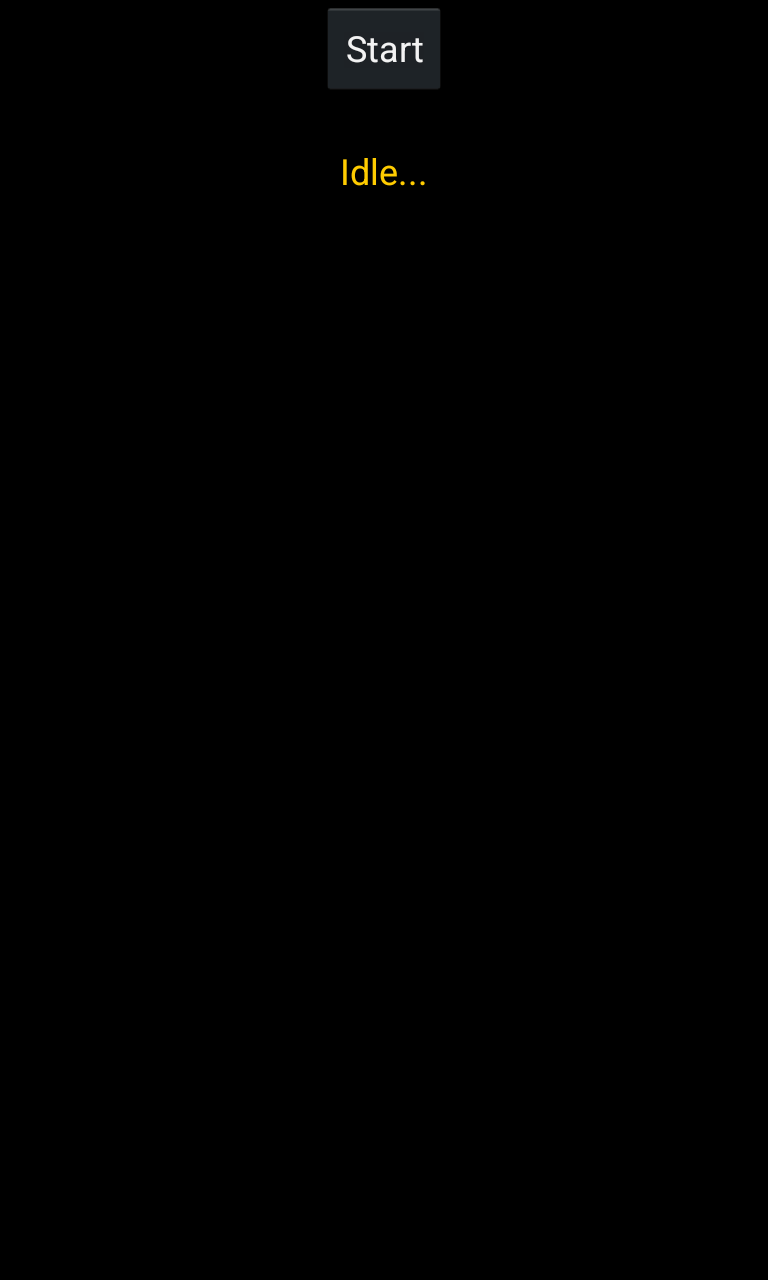
Repository: FreyrChen/tucan_Linux_practice
Layout: 4_Android_program/EchoprintTestActivity/res/layout/main.xml
An editor plug-in stored every save of this project. The layout is shown before and after the next save, followed by the edit.
It is drawn on a 768 x 1280 px phone screen (xhdpi) without system bars, with theme android:Theme.Holo; the app's code is not run.

Above is the layout before, as saved 2013-06-04 09:56:39.

After the next save:
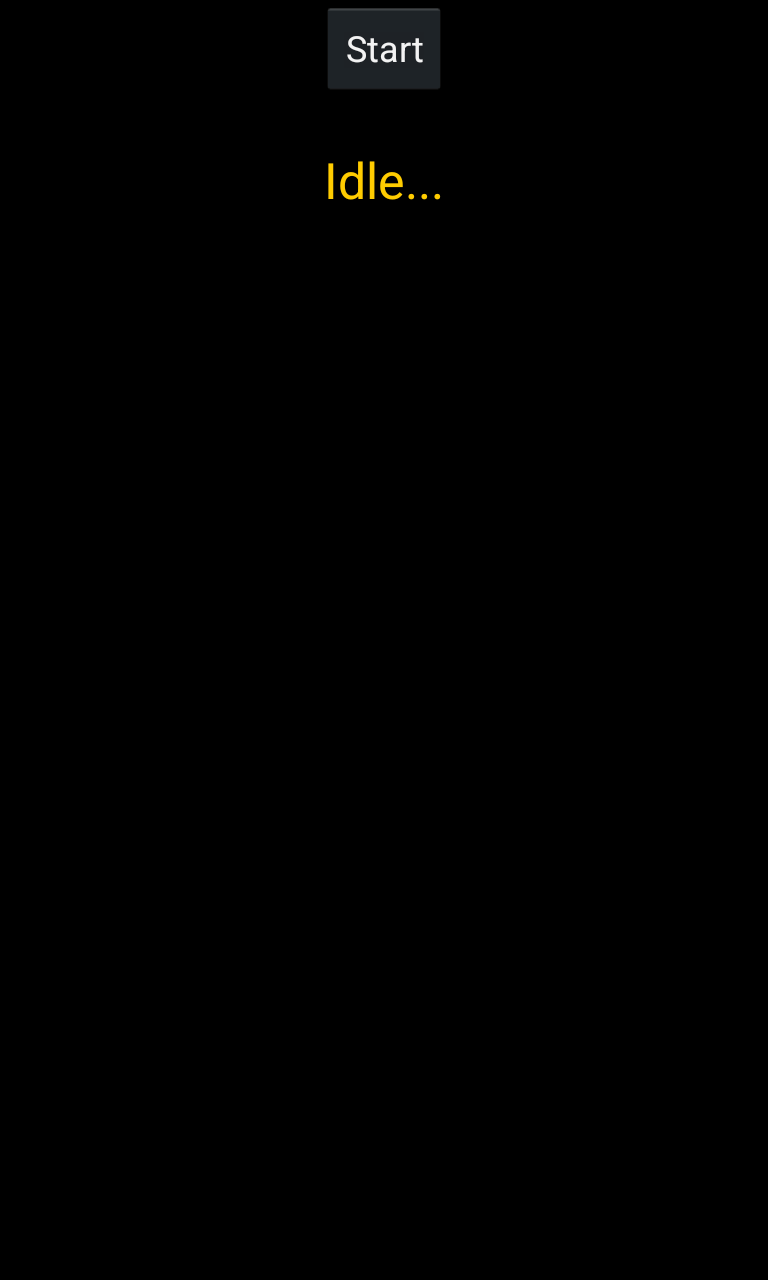
Saved 56 s later.
--- a/4_Android_program/EchoprintTestActivity/res/layout/main.xml
+++ b/4_Android_program/EchoprintTestActivity/res/layout/main.xml
@@ -22,7 +22,7 @@
 	<TextView
 		android:text="Idle..."
 		android:paddingTop="50px"
-		android:textSize="18sp"
+		android:textSize="25sp"
         android:background="#00FF0000"
 	    android:textColor="#FFCC00"
 		android:layout_height="wrap_content"
